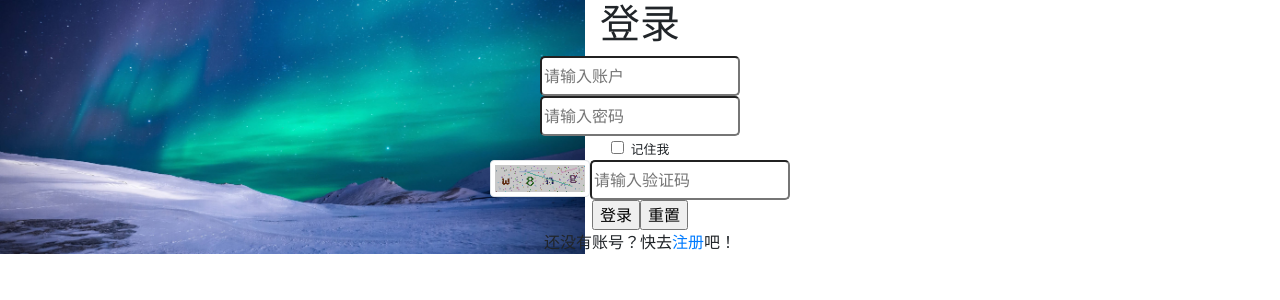
Repository: DHUAVH/Blog
Page: http://localhost/login.php
These files come from the project's save history. The page is drawn as it stood at one moment and after the next save; the edit follows.
The browser window is 1280 px wide. The pictures show the whole page.
Some web libraries are served in a nearby version. The page is run by PHP 8.4 with error messages shown; the project is at /var/www/html/.

Above is the page before, as saved 2020-11-29 17:55:07.

### login.php
<!DOCTYPE html>
<html lang="en">
<head>
    <meta charset="UTF-8">
    <meta name="viewport" content="width=device-width, initial-scale=1.0">
    <link rel="stylesheet" type="text/css" href="CSS\blog.css">
    <link rel="stylesheet" href="https://cdn.staticfile.org/twitter-bootstrap/4.3.1/css/bootstrap.min.css">
    <script src="https://cdn.staticfile.org/jquery/3.2.1/jquery.min.js"></script>
    <script src="https://cdn.staticfile.org/popper.js/1.15.0/umd/popper.min.js"></script>
    <script src="https://cdn.staticfile.org/twitter-bootstrap/4.3.1/js/bootstrap.min.js"></script>
    <title>登陆界面</title>

</head>

<body class="background">
    <div class="container">
        <h1 class="text-center">登录</h1>
        <div class="row">
            <div class="col-sm-4 offset-sm-4">    <!--使用网格系统和偏移量设置居中-->
                <form role="form" action="loginAction.php" method="POST">
                    <div class="text-center">
                        <input class="login_input" id="ID" type="text" name="username"
                            value="<?php echo isset($_COOKIE['username']) ? $_COOKIE['username'] : "";?>"  placeholder="请输入账户" required>
                    </div>

                    <div class="text-center">
                        <input class="login_input" id="lastname" type="password" name="password" placeholder="请输入密码" required>
                    </div>

                    <div class="form-check text-center">
                        <label class="form-check-label">
                            <input class="form-check-input" type="checkbox"><small>记住我</small>
                        </label>
                    </div>

                    <span colspan="2" class="text-center" style="color:red;font-size:10px;"></span>
                    <?php
                        $err = isset($_GET["err"]) ? $_GET["err"] : "";
                        switch($err){
                            case 1:
                                // 可取消的警告框
                                echo "<div class='alert alert-danger alert-dismissible fade show' role='alert'>";
                                echo "<strong>用户名或密码错误!请检查用户名或重新输入密码！</strong>";
                                echo "<button type=button' class='close' data-dismiss='alert' aria-label='Close'>";
                                echo "<span aria-hidden='true'>&times;</span>";
                                echo "</button>";
                            break;

                            case 2:
                                // 可取消的警告框
                                echo "<div class='alert alert-waring alert-dismissible fade show' role='alert'>";
                                echo "<strong>警告!用户名和密码不能为空！</strong>";
                                echo "<button type=button' class='close' data-dismiss='alert' aria-label='Close'>";
                                echo "<span aria-hidden='true'>&times;</span>";
                                echo "</button>";
                            break;

                            case 3:
                                // 可取消的警告框
                                echo "<div class='alert alert-danger alert-dismissible fade show' role='alert'>";
                                echo "<strong>验证码错误!请重新输入验证码！</strong>";
                                echo "<button type=button' class='close' data-dismiss='alert' aria-label='Close'>";
                                echo "<span aria-hidden='true'>&times;</span>";
                                echo "</button>";
                            break;
                        }
                    ?>

                    <div class="d-flex justify-content-center">
                        <a href="javascript:void(0)" onclick="document.getElementById('captcha').src='captcha.php?r='+Math.random()">
                            <img id="captcha" src="captcha.php?r=<?php echo rand();?>" width="100" class="img-thumbnail">
                        </a>

                        <input class="captcha_input" type="text" name="authcode" placeholder="请输入验证码" required>
                    </div>



                    <div class="d-flex justify-content-center">
                        <input type="submit" name="login" value="登录">
                        <input type="reset" name="reset" value="重置">
                    </div>

                    <div class="text-center">
                        <span colspan="2" >还没有账号？快去<a href="register.php">注册</a>吧！</span>
                    </div>
                </form>
            </div>
        </div>
    </div>
</body>
</html>

### captcha.php
<?php
  session_start();

  $image = imagecreatetruecolor(100,30);
  $bgcolor = imagecolorallocate($image,200,200,200);
  imagefill($image,0,0,$bgcolor);

  //验证码内容
  $captcha_code = '';
  for($i=0;$i<4;$i++){
      $fontsize = 5;
      $x = ($i*100 / 4) + rand(5,10);
      $y = rand(5,10);
      $data = 'abcdefghkmnprstuvwx345678';
      $str = $data[rand(0,strlen($data))];
      $captcha_code .= $str;
      $fontcolor = imagecolorallocate($image,rand(0,120),rand(0,120),rand(0,120));
      imagestring($image,$fontsize,$x,$y,$str,$fontcolor);
  }

  $_SESSION['authcode'] = $captcha_code;

  //增加点干扰元素
  for($i=0;$i<200;$i++){
      $pointcolor = imagecolorallocate($image,rand(50,200),rand(50,200),rand(50,200));
      imagesetpixel($image,rand(1,99),rand(1,29),$pointcolor);
  }

  //增加线干扰元素
  for($i=0;$i<4;$i++){
      $linecolor = imagecolorallocate($image,rand(80,220),rand(80,220),rand(80,220));
      imageline($image,rand(1,99),rand(1,29),rand(1,99),rand(1,29),$linecolor);
  }


  header('content-type:image/png');    //输出图片的信息
  imagepng($image);   //输出图片

  imagedestroy($image);
?>

### CSS/blog.css
.background{
    background:url(../images/bg.jpg);
    background-size:contain;
    background-repeat: no-repeat;
}

.search{
    border-radius: 10px;
    position: relative;
    top: 2px;
    width: 200px;
    height: 35px;
 }

 .login_input{
    border-radius: 5px;
    position: relative;
    width: 200px;
    height: 40px;
 }

 .captcha_input{
    border-radius: 5px;
    position: relative;
    width: 200px;
    height: 40px;
 }

 #result{
    position: absolute;
    top: 58px;
    left: 70px;
    z-index: 999;
    width: 300px;
    height: auto;
    background-color: white;
    border-radius: 5px;
 }

After the next save:
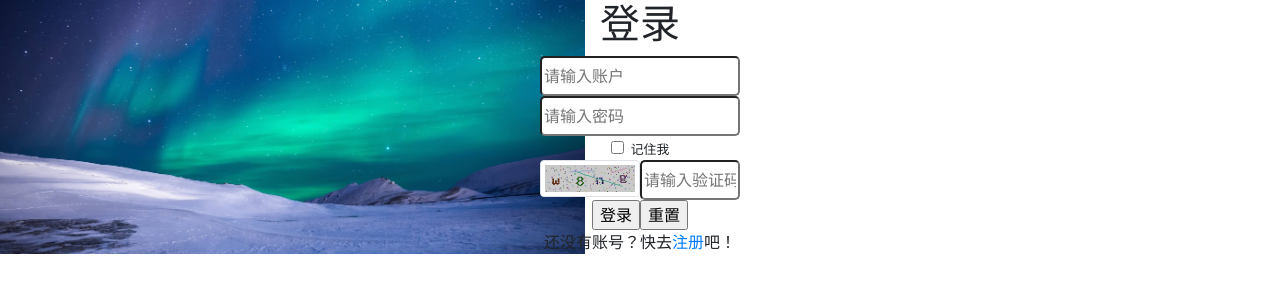
Saved 13 s later.
--- a/CSS/blog.css
+++ b/CSS/blog.css
@@ -22,7 +22,7 @@
  .captcha_input{
     border-radius: 5px;
     position: relative;
-    width: 200px;
+    width: 100px;
     height: 40px;
  }
 
